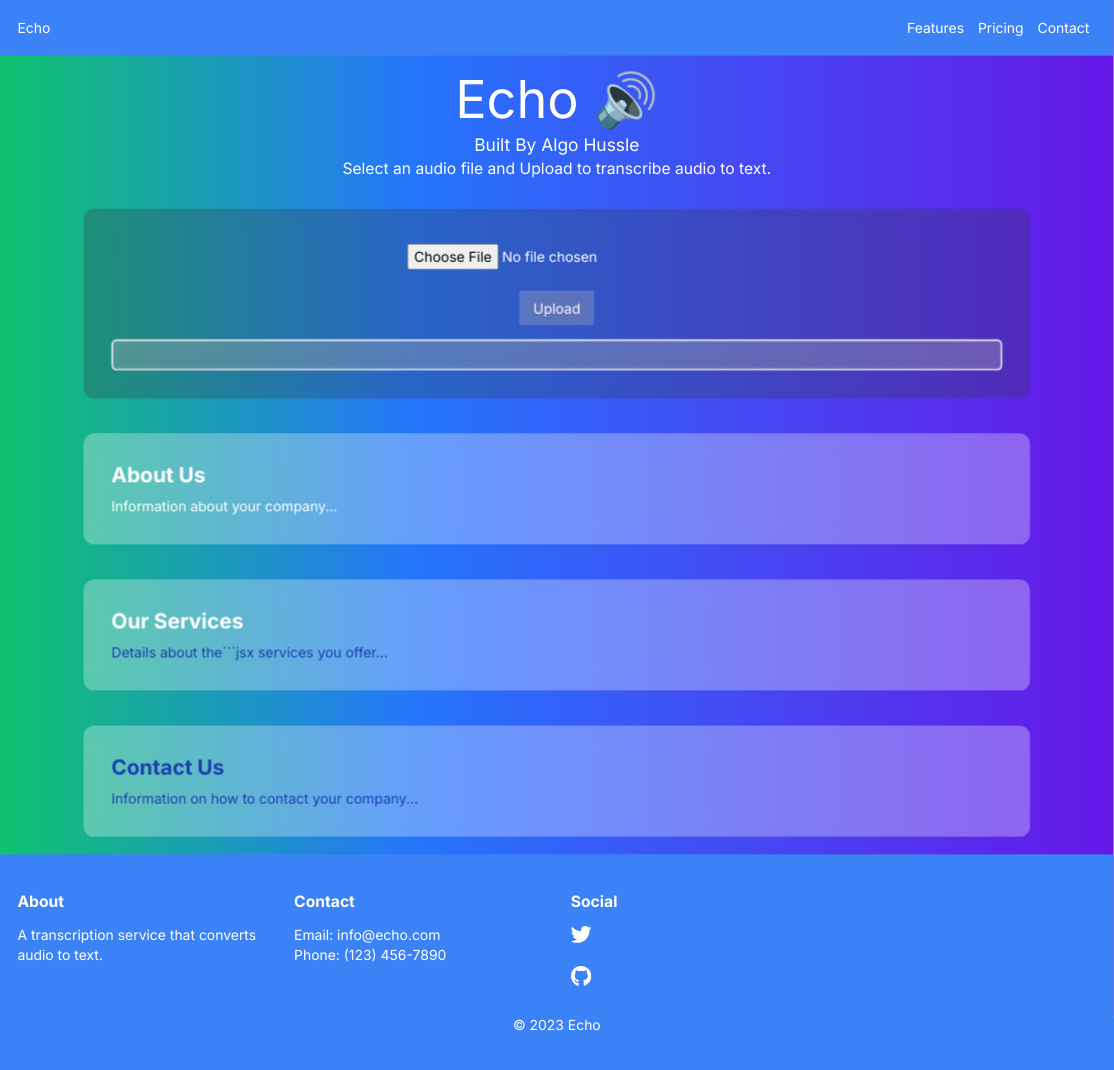
Repository: MikeeBuilds/whisperer
Page: /
These files come from the project's save history. The page is drawn as it stood at one moment and after the next save; the edit follows.
The browser window is 1280 px wide. The pictures show the whole page, at 87% of full size.
The project was rebuilt for these pictures with package versions that can differ from the ones it lists, and the page was loaded fresh each time. The framework's server and built-in components were replaced by stand-ins that run in the browser. Also part of the build but not shown: next.config.js.

Above is the page before, as saved 2023-06-26 18:46:38.

### src/app/layout.tsx
import Head from 'next/head'
import Footer from './components/Footer'
import Navbar from './components/NavBar'
import './globals.css'
import { Inter } from 'next/font/google'

const inter = Inter({ subsets: ['latin'] })

export const metadata = {
  title: 'Echo',
  description: 'Created by Algo Hussle | AlgoCodes_eth on Twitter',
}

export default function RootLayout({
  children,
}: {
  children: React.ReactNode
}) {
  return (
    <html lang="en">
      <Head>
        <title>{metadata.title}</title>
        <meta name="description" content={metadata.description} />
        <meta name="viewport" content="initial-scale=1.0, width=device-width" />
        {/* Add more meta tags as needed */}
      </Head>
      <body className={`${inter.className} gradient-bg flex flex-col min-h-screen`}>
        <Navbar/>
        <main className="flex-grow">
          {children}
        </main>
        <Footer />
      </body>
    </html>
  )
}

### src/app/page.tsx
'use client'

import { useState } from "react"
import Head from "next/head";

export default function Home() {
  const [theFile, setTheFile] = useState<File | null>(null);
  const [isLoading, setIsLoading] = useState(false);
  const [response, setResponse] = useState("");

  const handleFileChange = (event: React.ChangeEvent<HTMLInputElement>) => {
    const file = event.currentTarget.files?.[0];
    if (!file) return;

    setTheFile(file);
  };

  const callGetTranscription = async () => {
    setIsLoading(true);

    if (!theFile) {
      // Handle the case when no file is selected
      setIsLoading(false);
      return;
    }

    const formData = new FormData();
    formData.set("file", theFile);

    try {
      const response = await fetch("/api", {
        method: "POST",
        body: formData,
      });

      if (response.ok) {
        // Handle the success response
        console.log("File uploaded successfully");
      } else {
        // Handle the error response
        console.error("Failed to upload file");
      }

      const data = await response.json();

      setResponse(data.output.text);
    } catch (error) {
      // Handle any errors
      console.error("An error occurred while uploading the file", error);
    }

    setTheFile(null);
    setIsLoading(false);
  };

  return (
    <div>
      <Head>
        <title>Echo - Audio to Text Transcription</title>
      </Head>
      <main className="container mx-auto px-4 sm:px-24 py-5">
        <section className="text-center">
          <h1 className="text-4xl sm:text-6xl font-sans mb-2">Echo 🔊</h1>
          <h4 className="text-xl">
            <span>Built By Algo Hussle</span>
          </h4>
          <p className="text-sm sm:text-lg font-sans mb-8">Select an audio file and Upload to transcribe audio to text.</p>
        </section>

        <section className="flex flex-col items-center bg-gray-700 rounded-xl p-8 backdrop-blur-md bg-opacity-30">
          <input type="file" accept=".wav, .mp3" onChange={handleFileChange} className="mb-4 p-2" />
          <button
            onClick={callGetTranscription}
            className="w-max bg-white bg-opacity-20 px-4 py-2 rounded-sm hover:bg-opacity-30 transition-colors duration-200 backdrop-blur-md"
          >
            Upload
          </button>
          <div className="mt-4 w-full h-max border-2 break-words p-4 bg-white bg-opacity-20 rounded-md backdrop-blur-md">
            {isLoading ? "Loading..." : response ? response : ""}
          </div>
        </section>

        <section id="about" className="mt-10 bg-white bg-opacity-30 rounded-xl p-8 backdrop-blur-md">
          <h2 className="text-2xl font-bold mb-2">About Us</h2>
          <p>Information about your company...</p>
        </section>

        <section id="services" className="mt-10 bg-white bg-opacity-30 rounded-xl p-8 backdrop-blur-md">
          <h2 className="text-2xl font-bold mb-2">Our Services</h2>
          <p className="text-blue-800">Details about the```jsx
services you offer...</p>
        </section>

        <section id="contact" className="mt-10 bg-white bg-opacity-30 rounded-xl p-8 backdrop-blur-md">
          <h2 className="text-2xl font-bold mb-2 text-blue-800">Contact Us</h2>
          <p className="text-blue-800">Information on how to contact your company...</p>
        </section>
      </main>
    </div>
  );
}

### src/app/components/Footer.tsx
import { FaTwitter, FaGithub } from 'react-icons/fa';

export default function Footer() {
  return (
    <footer className="bg-blue-500 text-white py-10 px-5 mt-auto">
      <div className="grid grid-cols-1 md:grid-cols-4 gap-8">
        <div>
          <h3 className="text-lg font-bold mb-3">About</h3>
          <p>A transcription service that converts audio to text.</p>
        </div>
        <div>
          <h3 className="text-lg font-bold mb-3">Contact</h3>
          <p>Email: info@echo.com</p>
          <p>Phone: (123) 456-7890</p>
        </div>
        <div>
          <h3 className="text-lg font-bold mb-3">Social</h3>
          <a href="https://twitter.com/algocodes_eth" target="_blank" rel="noopener noreferrer" className="mr-3">
            <FaTwitter size={24} />
          </a>
          <a href="https://github.com/AlgoHussle" target="_blank" rel="noopener noreferrer">
            <FaGithub size={24} />
          </a>
        </div>
      </div>
      <div className="mt-8 text-center">
        <p>© {new Date().getFullYear()} Echo</p>
      </div>
    </footer>
  );
}

### src/app/components/NavBar.tsx
export default function Navbar() {
    return (
      <nav className="flex justify-between p-5 bg-blue-500 text-white">
        <div>Echo</div>
        <div>
          <a href="#features" className="mx-2">Features</a>
          <a href="#pricing" className="mx-2">Pricing</a>
          <a href="#contact" className="mx-2">Contact</a>
        </div>
      </nav>
    );
  }

### src/app/globals.css
@tailwind base;
@tailwind components;
@tailwind utilities;

@keyframes gradient {
  0% {
    background-position: 0% 50%;
  }
  50% {
    background-position: 100% 50%;
  }
  100% {
    background-position: 0% 50%;
  }
}

body {
  background: #222222;
  color: white;
}

.gradient-bg {
  animation: gradient 15s ease infinite;
  background: linear-gradient(270deg, #6b11e6, #2575fc, #00ff00, #ffff00);
  background-size: 200% 200%;
}

### tailwind.config.js
/** @type {import('tailwindcss').Config} */
module.exports = {
  content: [
    './src/pages/**/*.{js,ts,jsx,tsx,mdx}',
    './src/components/**/*.{js,ts,jsx,tsx,mdx}',
    './src/app/**/*.{js,ts,jsx,tsx,mdx}',
  ],
  theme: {
    extend: {
      fontFamily: {
        sans: ['var(--font-inter)'],
      },
    },
  },
  plugins: [],
}

After the next save:
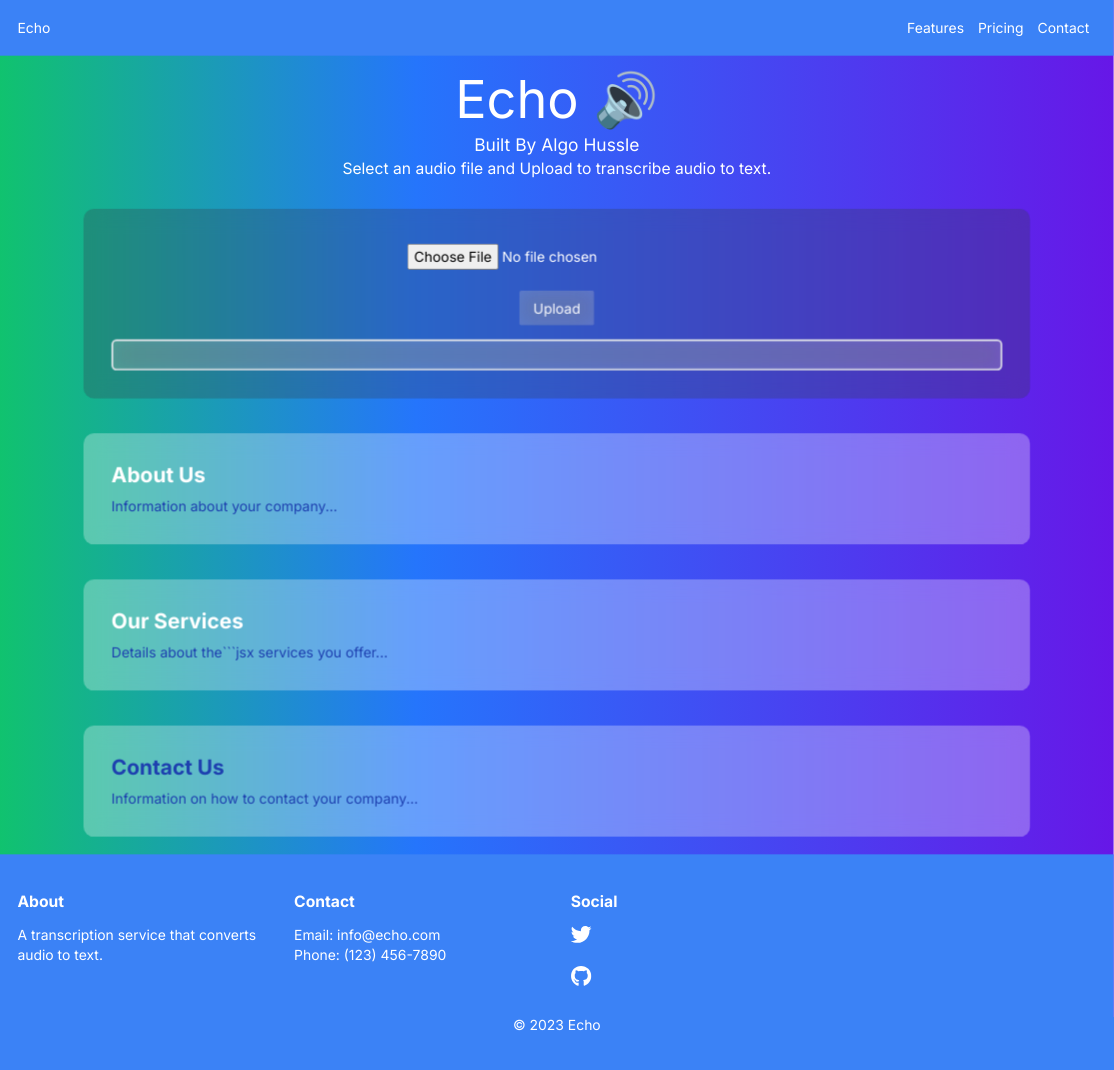
Saved 8 s later.
--- a/src/app/page.tsx
+++ b/src/app/page.tsx
@@ -82,7 +82,7 @@ export default function Home() {
 
         <section id="about" className="mt-10 bg-white bg-opacity-30 rounded-xl p-8 backdrop-blur-md">
           <h2 className="text-2xl font-bold mb-2">About Us</h2>
-          <p>Information about your company...</p>
+          <p className="text-blue-800">Information about your company...</p>
         </section>
 
         <section id="services" className="mt-10 bg-white bg-opacity-30 rounded-xl p-8 backdrop-blur-md">
